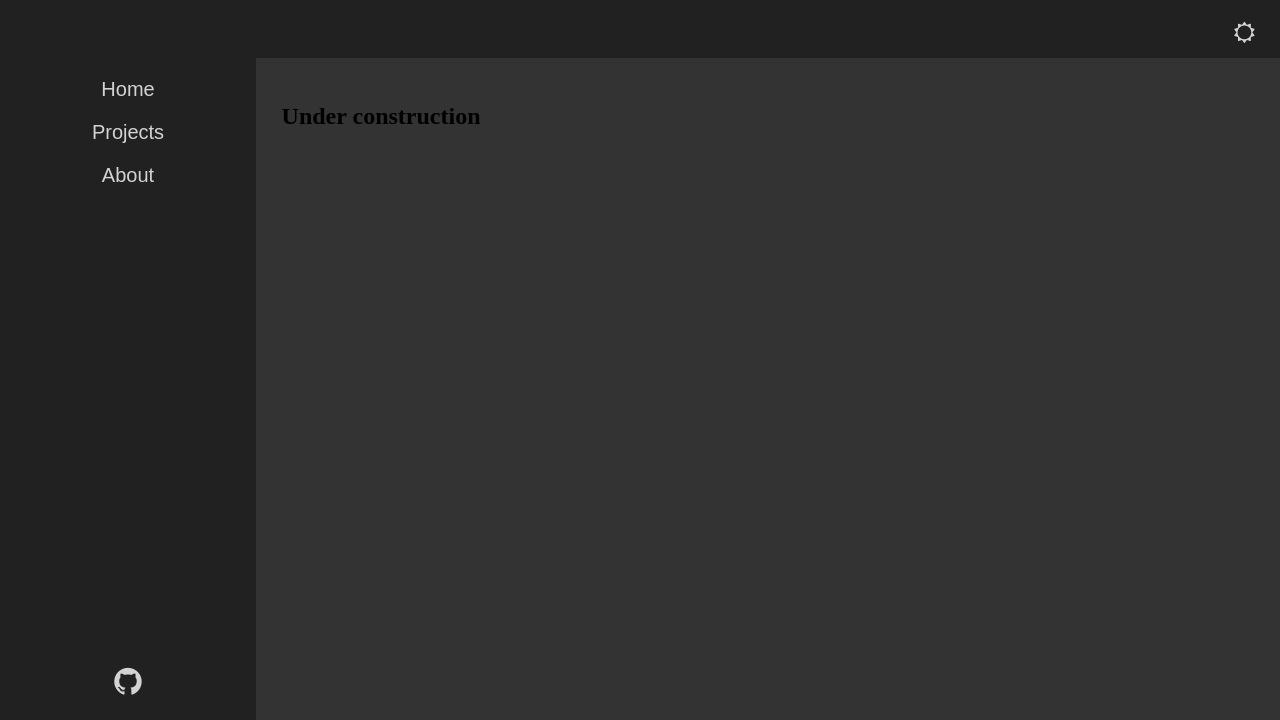
Repository: josephinel6/josephinel6.github.io
Page: index.html
The author's editor kept a copy of each file at every save. The page is drawn from the files as they stood at one save, then again after the next save.
The browser window is 1280 px wide. The pictures show the whole page.

Above is the page before, as saved 2023-04-06 13:13:26.

After the next save:
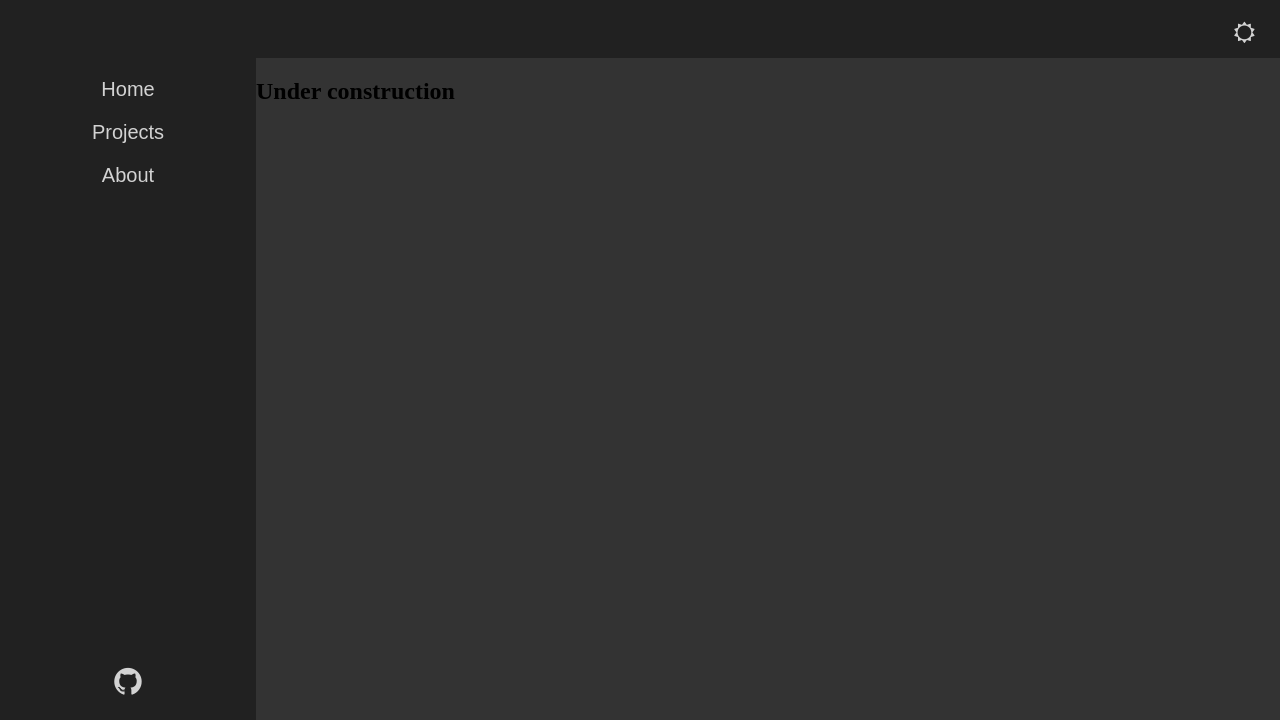
Saved 23 s later.
--- a/index.html
+++ b/index.html
@@ -102,7 +102,7 @@
             width: 100vh;
             position: absolute;
             overflow-y: scroll;
-            padding: 2.5%;
+            /* padding: 2.5%; */
             /* margin-top: 2.5%;
             margin-left: 2.5%; */
         }
